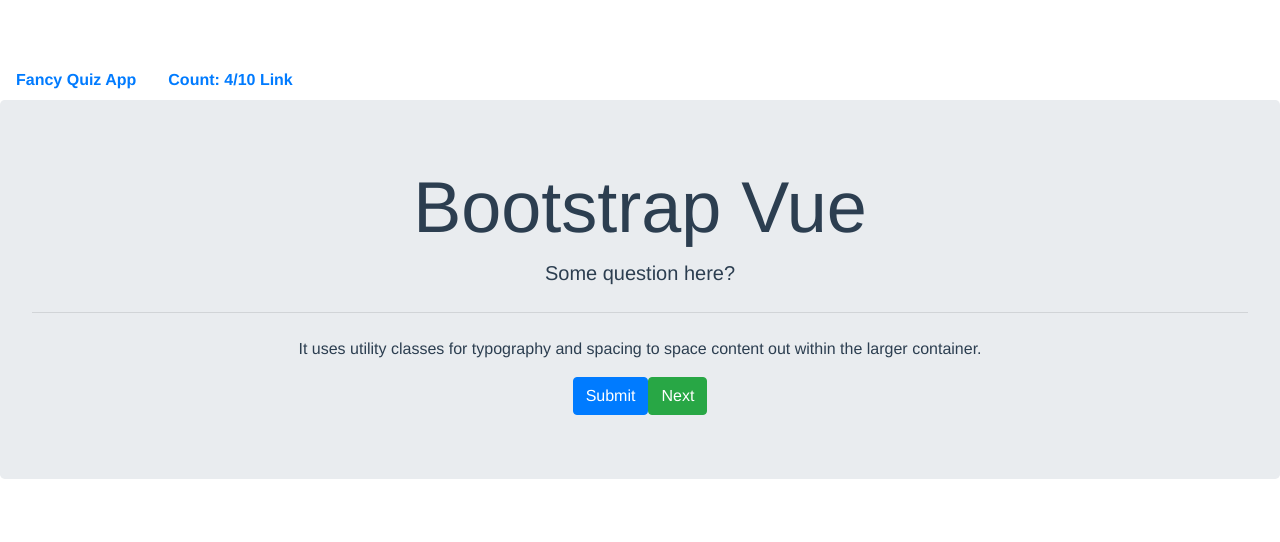
Repository: tokliver/AppVue
Page: /
The author's editor kept a copy of each file at every save. The page is drawn from the files as they stood at one save, then again after a run of saves.
The browser window is 1280 px wide. The pictures show the whole page.
The project was rebuilt for these pictures with package versions that can differ from the ones it lists, and the page was loaded fresh each time.

Above is the page before, as saved 2019-04-13 09:25:51.

### src/main.js
import Vue from 'vue'

import BootstrapVue from 'bootstrap-vue'

import 'bootstrap/dist/css/bootstrap.css'
import 'bootstrap-vue/dist/bootstrap-vue.css'

import App from './App.vue'



Vue.use(BootstrapVue)

Vue.config.productionTip = false

new Vue({
  render: h => h(App),
}).$mount('#app')

### src/App.vue
<template>
  <div id="app">
    <Header />
    <QuestionBox />
  </div>
</template>

<script>
import Header from './components/Header.vue'
import QuestionBox from './components/QuestionBox.vue'

export default {
  name: 'app',
  components: {
    Header,
    QuestionBox
  }
}
</script>

<style>
#app {
  font-family: 'Avenir', Helvetica, Arial, sans-serif;
  -webkit-font-smoothing: antialiased;
  -moz-osx-font-smoothing: grayscale;
  text-align: center;
  color: #2c3e50;
  margin-top: 60px;
}
</style>

### src/components/Header.vue
<template>
<div>
  <b-nav>
    <b-nav-item disable><b>Fancy Quiz App</b></b-nav-item>
    <b-nav-item disable><b>Count: 4/10 Link</b></b-nav-item>
  </b-nav>
</div>
</template>

### src/components/QuestionBox.vue
<template>
   <div class="question-box-container">
  <b-jumbotron header="Bootstrap Vue" lead="Bootstrap 4 Components for Vue.js 2">
    <template slot="header">Bootstrap Vue</template>

    <template slot="lead">
      Some question here?
    </template>

    <hr class="my-4">

    <p>
      It uses utility classes for typography and spacing to space content out within the larger
      container.
    </p>

    <b-button variant="primary" href="#">Submit</b-button>
    <b-button variant="success" href="#">Next</b-button>
  </b-jumbotron>
</div>
</template>

Loaded but not shown: public/index.html (common file)

After the next 2 saves:
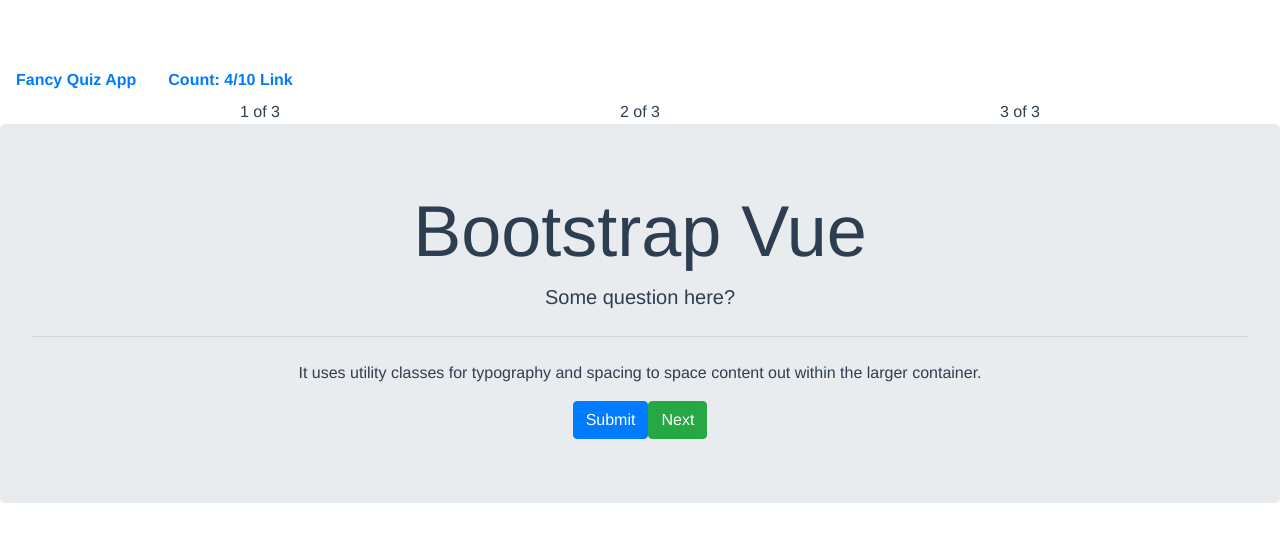
The 2 saves are shown as one change because they came seconds apart.
The last was saved 73 s later.
--- a/src/App.vue
+++ b/src/App.vue
@@ -1,6 +1,13 @@
 <template>
   <div id="app">
     <Header />
+    <b-container class="bv-example-row">
+  <b-row>
+    <b-col>1 of 3</b-col>
+    <b-col>2 of 3</b-col>
+    <b-col>3 of 3</b-col>
+  </b-row>
+</b-container>
     <QuestionBox />
   </div>
 </template>
